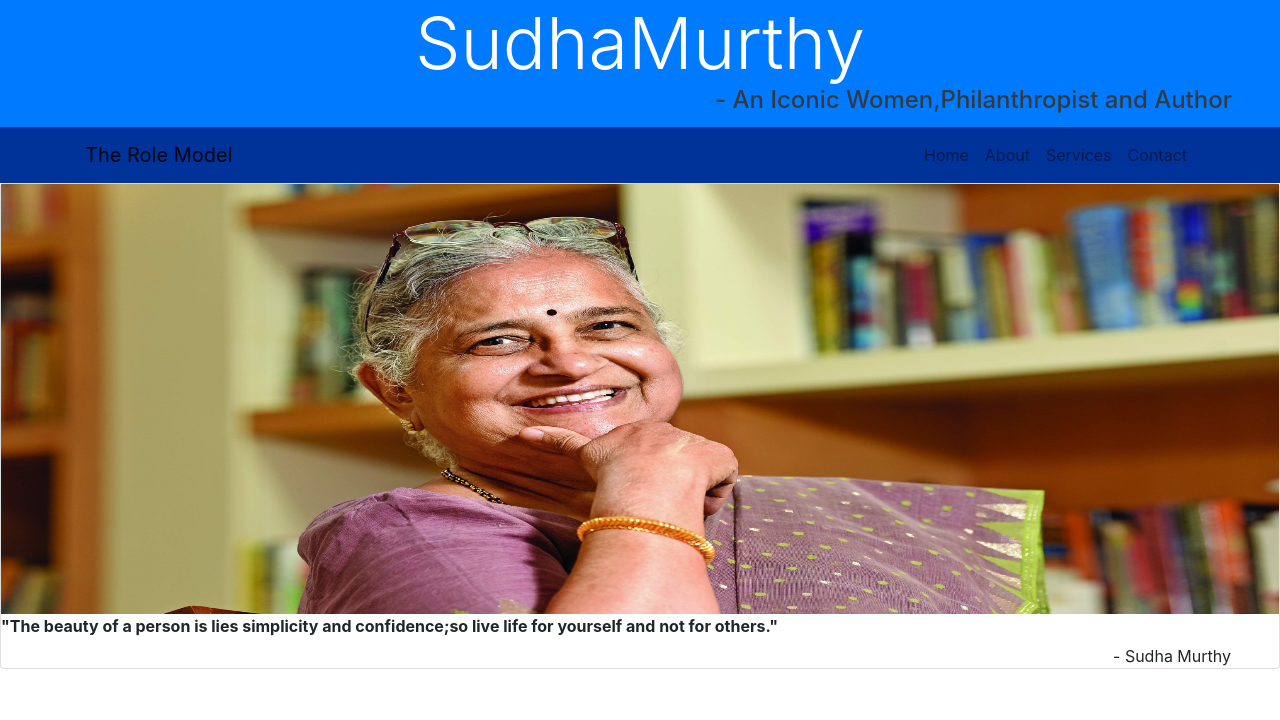
Repository: sumanthr18/RoleModel
Page: index.html
The author's editor kept a copy of each file at every save. The page is drawn from the files as they stood at one save, then again after the next save.
The browser window is 1280 px wide. The pictures show the whole page.

Above is the page before, as saved 2020-03-14 17:17:50.

After the next save:
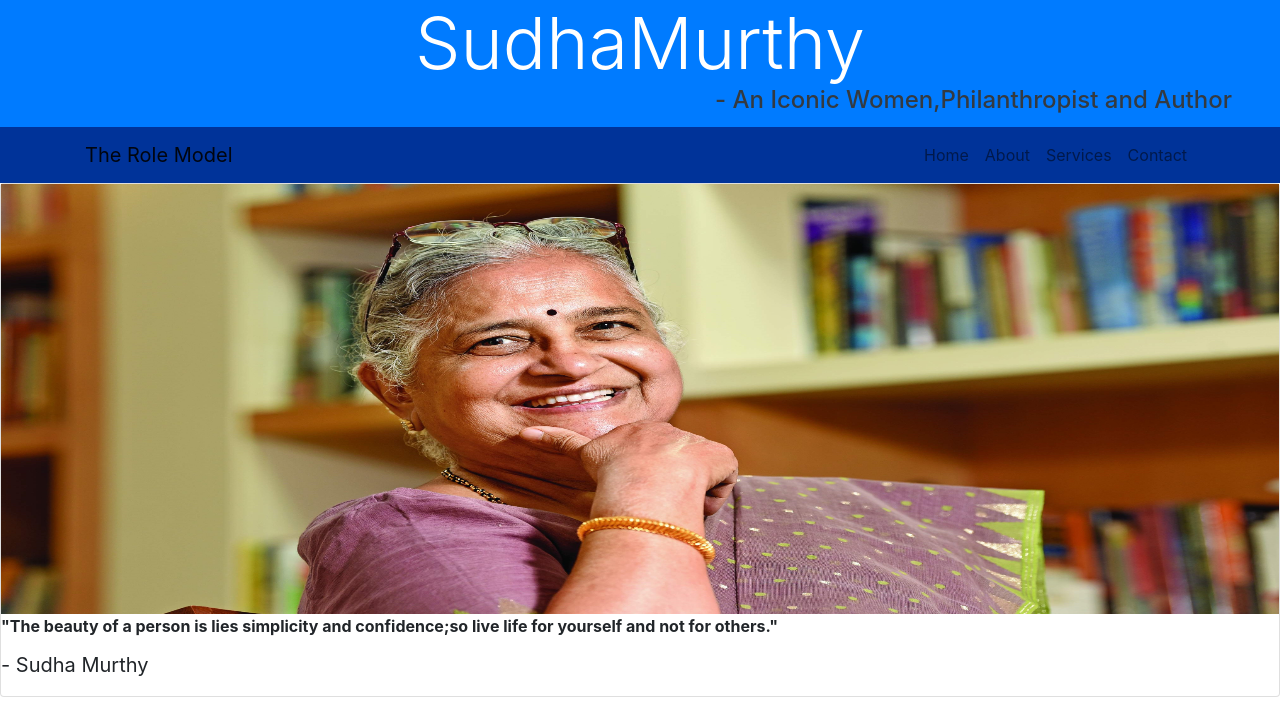
Saved 75 s later.
--- a/index.html
+++ b/index.html
@@ -38,7 +38,7 @@
     <div class="card">
         <img class="" style="width:100%;height:430px" src="Sudha_Murty_1-update.jpg">
         <div class="card-title" style="font-weight: bold;">"The beauty of a person is lies simplicity and confidence;so live life for yourself and not for others."</div>
-        <div class="card-subtitle align-self-end mr-5">- Sudha Murthy</div>
+        <footer class="blockquote text-footer">- Sudha Murthy</footer>
     </div>
 </body>
 </html>
